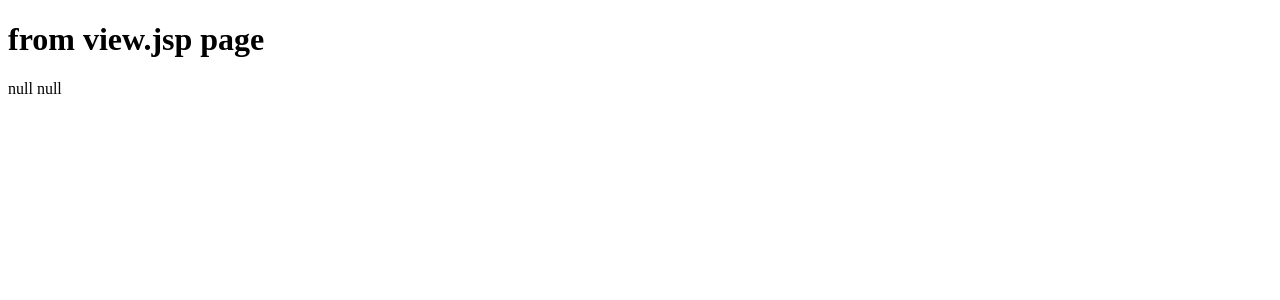
Repository: Solankinikhil/DailyWork
Page: http://localhost/MVCExample/Controller.jsp
An editor plug-in stored every save of this project. The page is shown before and after the next save, followed by the edit.
The browser window is 1280 px wide. The pictures show the whole page.
The page is served by Tomcat 9. Nobody is signed in. The application's start-up code is not run.

Above is the page before, as saved 2020-03-09 09:36:40.

After the next save:
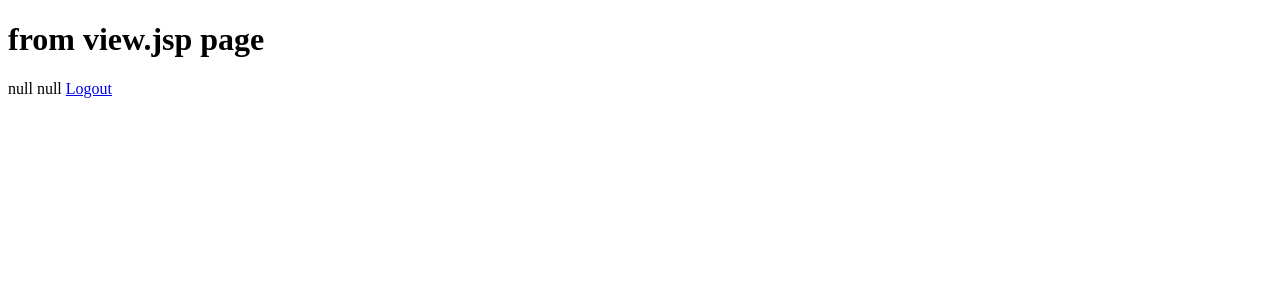
Saved 5 min 36 s later.
--- a/eclipse-workspace/MVCExample/WebContent/view.jsp
+++ b/eclipse-workspace/MVCExample/WebContent/view.jsp
@@ -12,6 +12,7 @@
 	<jsp:useBean id="ref" class="com.cts.bean.LoginBean" scope="session"/>
 	<jsp:getProperty property="userName" name="ref" />
 	<jsp:getProperty property="password" name="ref" /></body>
+	<a href="Logout.jsp">Logout</a>
 
 
 </html>
